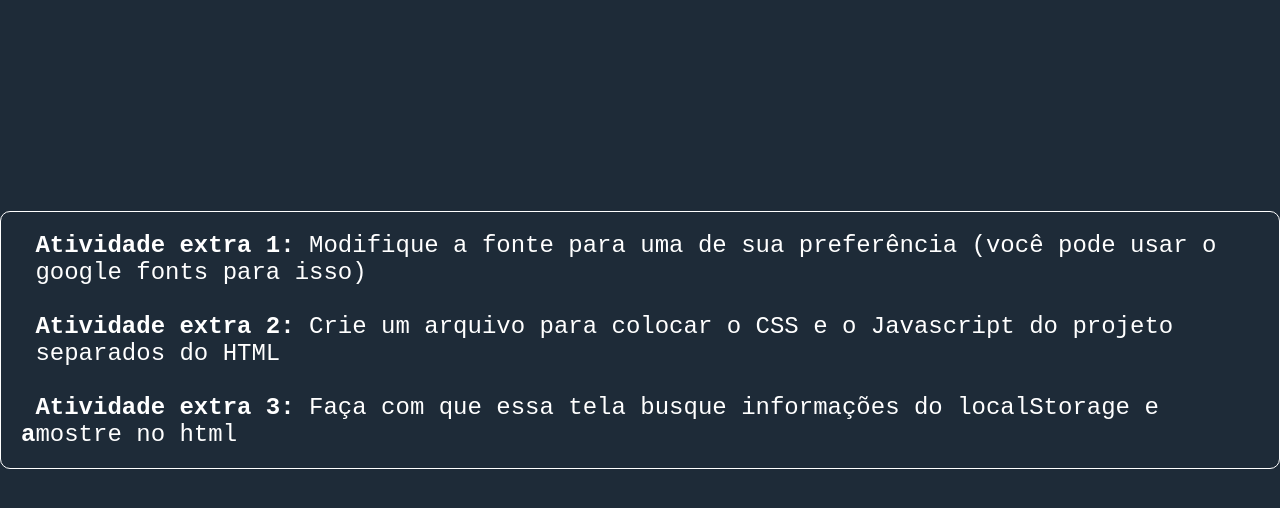
Repository: Gabrielb0rn/login-redes
Page: desafio-extra.html
An editor plug-in stored every save of this project. The page is shown before and after the next save, followed by the edit.
The browser window is 1280 px wide. The pictures show the whole page.

Above is the page before, as saved 2024-09-11 11:01:45.

### desafio-extra.html
<!DOCTYPE html>
<html lang="pt-br">
<head>
    <meta charset="UTF-8">
    <meta name="viewport" content="width=device-width, initial-scale=1.0">
    <title>Senai Login</title>
    <link rel="stylesheet" href="assets/extra.css">
</head>
<body class="center-page">
  <div class="containter-betwen">
    <h1>a</h1>
    <div>
      <p><b>Atividade extra 1:</b> Modifique a fonte para uma de sua preferência (você pode usar o google fonts para isso) </p>
      <br>
      <p><b>Atividade extra 2:</b> Crie um arquivo para colocar o CSS e o Javascript do projeto separados do HTML </p>
      <br>
      <p><b>Atividade extra 3:</b> Faça com que essa tela busque informações do localStorage e mostre no html </p>
    </div>
  </div>
  <script src="assets/extra.js"></script>
</body>
</html>

### assets/extra.css
* {
    margin: 0;
    font-size: 24px;
}

body{
    font-family: 'Courier New', Courier, monospace;
}

.center-page {
    display: flex;
    justify-content: center;
    align-items: center;
    height: 100vh;
    background-color: #1e2b38;
    color: #fff;
}

input {
    background-color: #17212B;
    border: 1px solid #1e2b38;
    color: #fff;
    padding: 7px;
    border-radius: 5px;
}

button {
    background-color: #fff;
    padding: 7px;
    border-radius: 50px;
    color: #000;
    border: 1px solid #444;
    width: 100px;
    cursor: pointer;
}

.btn-transparent {
  background-color: #ffffff00;
  color: #FFF;
  border: none;
  font-weight: 600;
}
.center {
  display: flex;
  justify-content: center;
  align-items: center;
}
.containter-betwen {
  display: flex;
  align-items: flex-end;
  margin-bottom: 40px;
  justify-content: space-between;
  padding: 20px;
  border-radius: 10px;
  border: 1px solid #fff;
}

Loaded but not shown: assets/extra.js (no stored copy; drawn as an empty file)

After the next save:
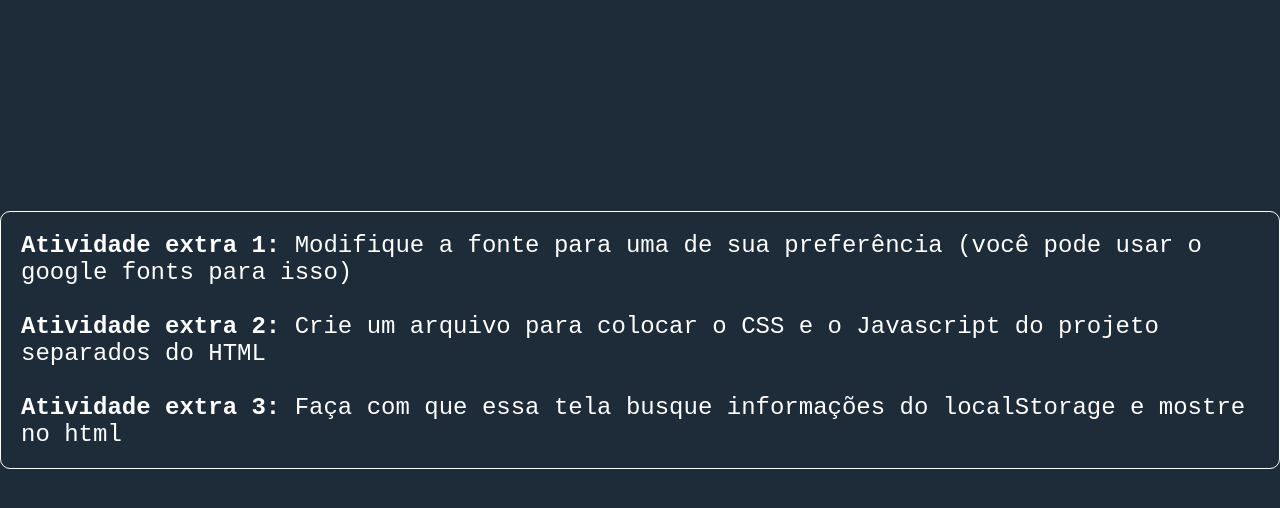
Saved 5 s later.
--- a/desafio-extra.html
+++ b/desafio-extra.html
@@ -8,7 +8,6 @@
 </head>
 <body class="center-page">
   <div class="containter-betwen">
-    <h1>a</h1>
     <div>
       <p><b>Atividade extra 1:</b> Modifique a fonte para uma de sua preferência (você pode usar o google fonts para isso) </p>
       <br>
